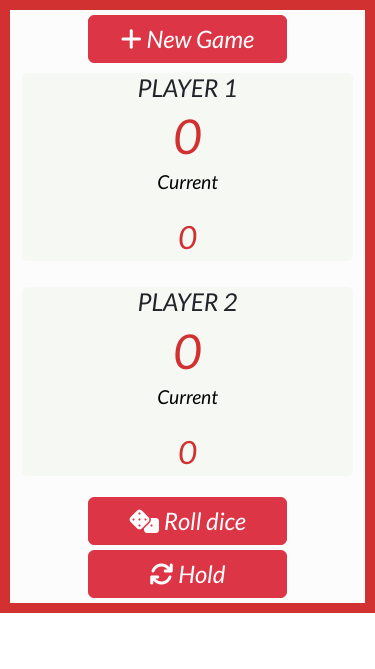
Repository: haifabilel/Eval_JAVASCRIPT
Page: index.html
An editor plug-in stored every save of this project. The page is shown before and after the next save, followed by the edit.
The browser window is 375 px wide. The pictures show the whole page.
Some web libraries are served in a nearby version.

Above is the page before, as saved 2023-06-05 17:27:17.

After the next save:
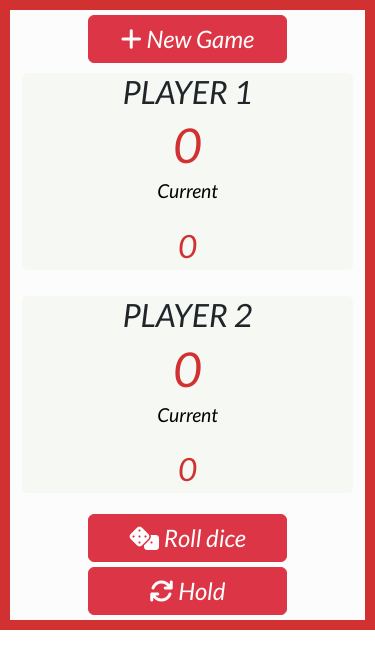
Saved 6 s later.
--- a/style.css
+++ b/style.css
@@ -98,7 +98,7 @@ img{
 /* Mode mobile */
 @media screen and (max-width:576px){
     h2{
-        font-size:rem;
+        font-size:2rem;
     }
     .player_1{
         margin-top:10px;
